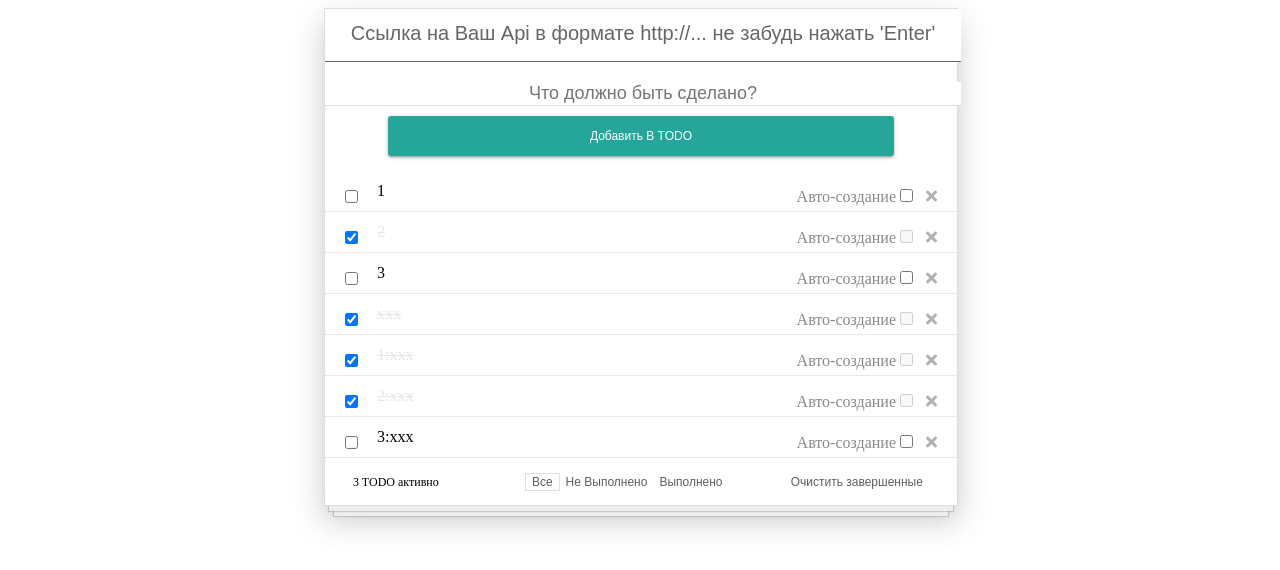
Repository: AntonBrock/taskTodo_for-backend
Page: /
These files come from the project's save history. The page is drawn as it stood at one moment and after the next save; the edit follows.
The browser window is 1280 px wide. The pictures show the whole page.
The page's requests for data from a server got no answer. Some web libraries are served in a nearby version. The project was rebuilt for these pictures with package versions that can differ from the ones it lists, and the page was loaded fresh each time. No one was signed in, and anything a server would have sent is missing.

Above is the page before, as saved 2019-04-24 09:04:50.

### public/index.html
<!DOCTYPE html>
<html lang="en">
  <head>
    <meta charset="utf-8">
    <meta http-equiv="X-UA-Compatible" content="IE=edge">
    <meta name="viewport" content="width=device-width,initial-scale=1.0">
    <link rel="stylesheet" href="https://use.fontawesome.com/releases/v5.8.1/css/all.css" integrity="sha384-50oBUHEmvpQ+1lW4y57PTFmhCaXp0ML5d60M1M7uH2+nqUivzIebhndOJK28anvf" crossorigin="anonymous">
    <link rel="icon" href="<%= BASE_URL %>favicon.ico">
    <title>todolist-vue</title>
  </head>
  <body>
    <noscript>
      <strong>We're sorry but todolist-vue doesn't work properly without JavaScript enabled. Please enable it to continue.</strong>
    </noscript>
    <div id="app"></div>
    <!-- built files will be auto injected -->
  </body>
</html>

### src/main.js
import Vue from 'vue'
import store from './store/index'
import Vuex from 'vuex'
import App from './App.vue'

Vue.config.productionTip = false

Vue.use(Vuex)

new Vue({
  store,
  render: h => h(App),
}).$mount('#app')

### src/store/index.js
import Vue from 'vue'
import Vuex from 'vuex'
import urlForm from '../views/todolist/_store'

Vue.use(Vuex)

export default new Vuex.Store({
    modules: {
        urlForm
    }
})

### src/App.vue
<template lang="pug">
  #app
    Todolist
</template>

<script>
import Todolist from './views/todolist/Index.vue'

export default {
  name: 'app',
  components: {
    Todolist
  }
}
</script>

<style lang="stylus">
</style>

### src/views/todolist/_store/index.js
import state from "./state";
import * as getters from "./getters";
import * as mutations from "./mutations";
import * as actions from "./actions";

export default {
  namespaced: true,
  state,
  getters,
  mutations,
  actions
};

### src/views/todolist/Index.vue
<template lang="pug">
  .main-container(v-cloak)
    ApiForm
    div
      input.todo-input(type='text', placeholder='Что должно быть сделано?', v-model='firstTodo',  @keyup.enter='newTodo')
      button.btn(v-on:click='addNewTodo') Добавить В TODO

      Todo(v-for='(todo, index) in todosFiltered', :key='todo.id', :todo="todo" :index='index')

      .extra-container
        .extra-container_numInList {{ remaining }} TODO активно
        div
          button(v-bind:class="{ active: filter == 'all' }", v-on:click=" filter = 'all'") Все
          button(v-bind:class="{ active: filter == 'active' }", v-on:click=" filter = 'active'") Не Выполнено
          button(v-bind:class="{ active: filter == 'completed' }", v-on:click=" filter = 'completed'") Выполнено
        button(@click='filterTodoList') Очистить завершенные
</template>

<script>
import ApiForm from "./_components/ApiForm.vue"
import Todo from "./_components/Todo.vue"
import { mapActions, mapGetters } from "vuex"
import todoApi from "./_api/todoApi.js"

export default {
  data () {
    return {
      firstTodo: '',
      beforeEditCache: '',
      filter: 'all',
      error: false
    }
  },
  mounted(){
    // Отправка при включении TODO + сразу отправка всех активных TODO
    todoApi.getTodos('all')
    .then(response => {
      this.todos = response.data
      console.log(response);
    })
    .catch(error => {
      console.log(error);
    })
  },
  computed: {
    ...mapGetters({
      getTodos: 'urlForm/getTodos'
    }),
    remaining() {
      return this.getTodos.filter(todo => !todo.completed).length
    },
    todosFiltered() {
      if (this.filter == 'all') {
        // Отправка при выборе фильтра "Все" (Активные)
        todoApi.getTodos('all')
        .then(done => {
          console.log(done)
        })
        .catch( error => {
          console.log(error)
        })
        console.log(this.getTodos);
          return this.getTodos
      } else if (this.filter == 'active') {
        console.log(this.getTodos);
          return this.getTodos.filter(todo => !todo.completed)
      } else if (this.filter == 'completed') {
        todoApi.getTodos('completed')
        .then(done => {
          console.log(done)
        })
        .catch( error => {
          console.log(error)
        })
        console.log(this.getTodos);
          return this.getTodos.filter(todo => todo.completed)
      }
    }
  },
  methods: {
    ...mapActions({
      filterTodoList: 'urlForm/filterTodoList'
    }),
    addNewTodo() {
      let data = {
        id: this.idForTodo,
        title: this.firstTodo,
        completed: false,
      }
      if(this.firstTodo.trim().length == 0) {
        return
      }
      // отправка при добавлении нового TODO
      todoApi.postTodo(data)
      .then(() => {
        console.log('ok');
        this.getTodos.push(data)
      })
      .catch(error => {
        alert('нет сервера');
         this.getTodos.push(data)
      })

      this.firstTodo = ''
      this.idForTodo++
    },
    newTodo() {
        let data = {
        id: this.idForTodo,
        title: this.firstTodo,
        completed: false,
      }
      if(this.firstTodo.trim().length == 0) {
        return
      }
      // отправка при добавлении нового TODO
      todoApi.postTodo(data)
      .then(() => {
        console.log('ok');
        this.getTodos.push(data)
      })
      .catch(error => {
        console.log('Сервер не ответил')
        this.getTodos.push(data)
      })

      this.firstTodo = ''
      this.idForTodo++
    }
  },
  components: {
    ApiForm,
    Todo
  }
}
</script>

<style lang="stylus">
  [v-cloak]
    display none

  .main-container
    border 1px solid #DDDDDD
    width 50%
    margin-left 25%
    box-shadow 0 10px 0 -5px #eee,
               0 10px 1px -4px rgba(0,0,0,0.15),
               0 20px 0 -10px rgb(238, 238, 238),
               0 20px 1px -9px rgba(0,0,0,0.15),
               0 14px 28px rgba(75, 75, 75, 0.30)

  .extra-container
    display flex
    align-items center
    justify-content space-around
    font-size 12px
    padding-top 5px
    margin-bottom 14px

  .extra-container_numInList
    margin-right 30px
    font-size 12px

  button
    font-size 12px
    background-color white
    appearance none
    border none
    outline none
    color rgb(95, 95, 95)
    &:hover
      background rgba(211, 211, 211, 0.363)
    &:focus
      outline none

  .active
    background #fff
    border 1px solid #E1E1E1

  .remove-item
    margin-right 20px

  .remove
    margin-left: 10px
    opacity .3
    transition all 0.2s ease-in-out !important
    &:hover
      opacity .9
      color#E11010
      transition all 0.2s ease-in-out !important

  .auto_created
    font-size 1rem
    color rgba(102, 102, 102, 0.767)

  .btn
    border-radius 3px
    margin-bottom 25px
    width 80%
    margin-left 10%
    height 40px
    color #fff
    background-color #26a69a
    text-align center
    letter-spacing .5px
      -webkit-transition background-color .2s ease-out
    transition background-color .2s ease-out
    cursor pointer
    box-shadow 0 2px 2px 0 rgba(0,0,0,.14),
               0 3px 1px -2px rgba(0,0,0,.12),
               0 1px 5px 0 rgba(0,0,0,.2)
    &:hover
      background-color #46b6abe3!important
</style>

### src/views/todolist/_store/state.js
export default {
    url: '',
    todos: [
    {
      'id': 1,
      'title': 1,
      'completed': false,
      'editing': false,
      'check': false,
    },
    {
      'id': 2,
      'title': 2,
      'completed': true,
      'editing': false,
      'check': false,
    },
    {
      'id': 3,
      'title': 3,
      'completed': false,
      'editing': false,
      'check': false,
    },
    {
      'id': 4,
      'title': 'xxx',
      'completed': true,
      'editing': false,
      'check': false,
    },
    {
      'id': 5,
      'title': '1:xxx',
      'completed': true,
      'editing': false,
      'check': false,
    },
    {
      'id': 6,
      'title': '2:xxx',
      'completed': true,
      'editing': false,
      'check': false,
    },
    {
      'id': 7,
      'title': '3:xxx',
      'completed': false,
      'editing': false,
      'check': false,
    },
  ]
}

### src/views/todolist/_store/getters.js
export const getUrl= state => state.url;
export const getTodos = state => state.todos;

### src/views/todolist/_store/mutations.js
export const UPDATE_URL = state => state.url;
export const UPDATE_TODOS = state => state.todos;
export const CHANGE_TODOS = state => state.todos;

### src/views/todolist/_store/actions.js
export function updateUrl ({ commit, state }, payload) {
    state.url = payload
    commit("UPDATE_URL");
}

export function updateTodo ({ commit }, payload) {
    payload.completed = !payload.completed
    commit("UPDATE_TODOS");
}

export function updateTodoList ({ commit, state }, payload) {
    state.todos = payload
    commit("UPDATE_TODOS");
}

export function filterTodoList ({ commit, state }) {
    state.todos = state.todos.filter(todo => !todo.completed)
    commit("UPDATE_TODOS");
}

### src/views/todolist/_components/ApiForm.vue
<template lang="pug">
  .form(v-cloak='')
    input.inputForUrl(v-model='url',
                      type='text',
                      @blur='updateTodos(url)',
                      placeholder="Ссылка на Ваш Api в формате http://... не забудь нажать 'Enter'")
</template>

<script>
import { mapActions, mapGetters } from "vuex";
import todoApi from "../_api/todoApi.js";

export default {
  data() {
    return {
      url: "",
      filter: 'all'
    }
  },
  computed: {
    ...mapGetters({
      getUrl: "urlForm/getUrl"
    })
  },
  methods: {
    ...mapActions({
      updateUrl: "urlForm/updateUrl",
      updateTodoList: "urlForm/updateTodoList"
    }),
    updateTodos(url) {
       //получение всех todo при обновлении url ссылки
      this.updateUrl(url);
      todoApi.getTodos(this.filter)
      .then(response => {
        this.updateTodoList(response.data)
          console.log(response);
      })
      .catch(error => {
          console.log(error)
      });
    }
  }
};
</script>

<style lang="stylus">
.inputForUrl
  border-bottom 1px solid #666!important
  margin-bottom 20px
  text-align center
  border none
  width 100%
  height 50px
  &::placeholder
    color #666
    font-size 20px
</style>

### src/views/todolist/_components/Todo.vue
<template lang="pug">
  .todo-item
    .todo-item-left
      input.todoInput(type='checkbox', @click='completeTodo(todo)', :checked='todo.completed')
      .todo-item-label(v-if='!todo.editing', v-bind:class='{ completed : todo.completed }') {{ todo.title }}
    .remove-item
      label.auto_created Авто-создание
      input(type='checkbox', :disabled="todo.completed", @click='checkIt(todo)')
      i.fas.fa-times.remove(@click='removeItem(index)')
</template>

<script>
import todoApi from "../_api/todoApi.js"
import { mapActions, mapGetters } from "vuex"
import { setInterval, clearInterval } from 'timers';

export default {
  data() {
    return {
      simple: ''
    }
  },
  props: [
    'todo',
    'index'
  ],
   computed: {
    ...mapGetters({
      getTodos: 'urlForm/getTodos'
    }),
  },
  methods: {
    ...mapActions({
      updateTodo: 'urlForm/updateTodo',

    }),
    completeTodo(todo) {
      // Отправка при выборе фильтра "Выполнено"
      todoApi.editTodo(todo.id)
      .then(() => {
        console.log('Удачно')
      })
      .catch(() => {
        console.log('Ошибка при завершении записи')
      })
      this.updateTodo(todo)
    },
    checkIt(todo) {
      todo.check = !todo.check

      if(todo.check) {
        this.simple = setInterval(this.setTime, 5000) //каждые 5 сек. запрос, при активной галочке "Авто-создание"
      } else if (!todo.check) {
        clearInterval(this.simple)
      }
    },
    setTime(){
      todoApi.editTodo(this.todo.id)
      .then(() => {
          console.log('Удачно')
      })
      .catch(() => {
          console.log('Ошибка обновления записи');
      })
    },
    removeItem(index) {
      // отправка удаленного id - todo
      todoApi.deleteTodo(index)
      .then(() => {
        console.log('Удачно');
      })
      .catch( error => {
        console.log(error)
      })
      this.getTodos.splice(index, 1)
    }
  }
}
</script>

<style lang="stylus">
  .todo-input
    width 100%
    border none
    margin-bottom 10px
    border-bottom 1px solid rgba(102, 102, 102, 0.192)
    font-size 18px
    transition 0.2s ease-in-out !important
    text-align center
    &:placeholder
      color rgba(145, 145, 145, 0.795)
      opacity 1
    &:focus
      outline none
    &:focus-webkit-input-placeholder
      opacity 0
      transition 0.2s ease-in-out !important
      will-change transform, opacity
    &:-webkit-input-placeholder
      transition 0.2s ease-in-out !important
      will-change transform, opacity
    &:-moz-placeholder
      transition all 0.2s ease-in-out !important
      will-change opacity
      /* Firefox 19+ */
    &:-moz-placeholder
      transition all 0.2s ease-in-out !important
      will-change transform, opacity
      /* Firefox 18- */
    &:-ms-input-placeholder
      transition all 0.2s ease-in-out !important
      will-change transform, opacity

  .todo-item
    width 100%
    margin-bottom 10px
    display flex
    justify-content space-between
    align-items center
    border-bottom 1px solid rgba(226, 226, 226, 0.767)

  .todoInput
    margin-left 20px

  .todo-item-label
    margin-bottom 10px

  .todo-item-left
    display flex
    align-items center

  .todo-item-label
    padding 0px
    border 1px solid white
    margin-left 15px

  .todo-item-edit
    width 50%
    border 1px solid rgba(102, 102, 102, 0.192)
    font-size 18px
    padding 10px 18px
    margin-bottom 20px
    transition 0.2s ease-in-out !important
    &:focus
      outline none
    &:focus-webkit-input-placeholder
      opacity 0
      transition 0.2s ease-in-out !important
      will-change transform, opacity
    &:-webkit-input-placeholder
      transition 0.2s ease-in-out !important
      will-change transform, opacity
    &:-moz-placeholder
      transition all 0.2s ease-in-out !important
      will-change transform, opacity
      /* Firefox 19+ */
    &:-moz-placeholder
      transition all 0.2s ease-in-out !important
      will-change transform, opacity
      /* Firefox 18- */
    &:-ms-input-placeholder
      transition all 0.2s ease-in-out !important
      will-change transform, opacity

  .completed
    text-decoration line-through
    color #E1E1E1
    opacity .8
</style>

### src/views/todolist/_api/todoApi.js
// import Api from '@/api/Api'
import axios from 'axios'
import state from '../_store/state'

const todoApi = {
  getTodos (filter) {
    return axios.get(`${state.url}/todos`, {
      // возвращает отфильтрованный или неотфильтрованный список
      type: filter
    })
  },
  postTodo (data) {
    return axios.post(`${state.url}/todos`, {
      data
    })
  },
  editTodo (id) {
    return axios.patch(`${state.url}/todos/${id}`)
  },
  deleteTodo (id) {
    return axios.delete(`${state.url}/todos/${id}`)
  }
}
export default todoApi

After the next save:
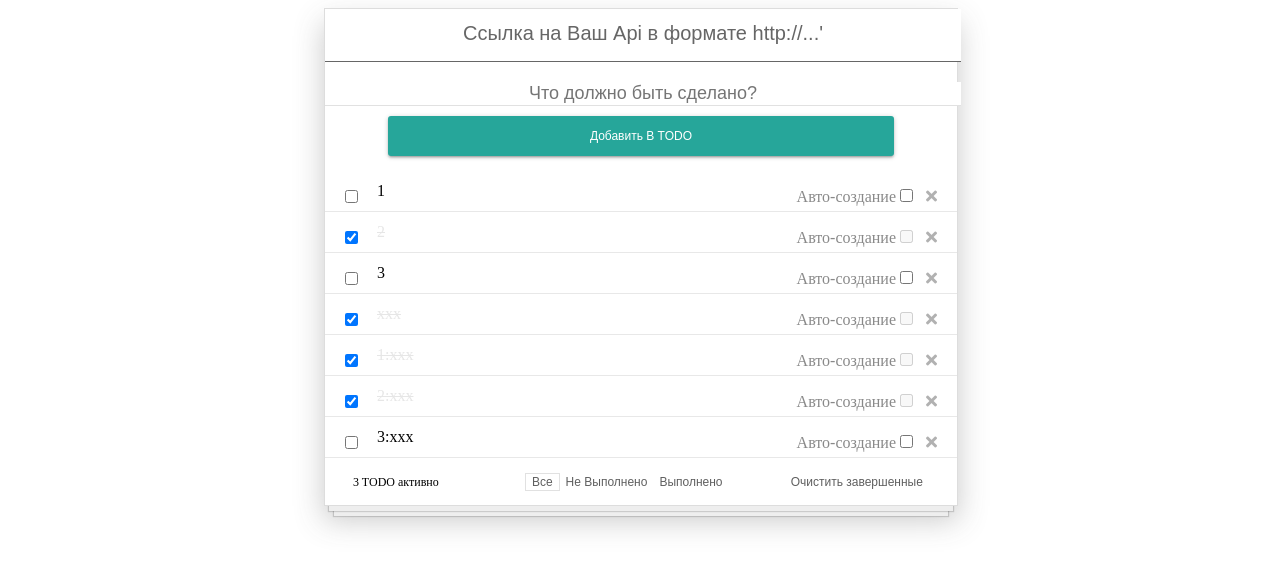
Saved 3 min 18 s later.
--- a/src/views/todolist/_components/ApiForm.vue
+++ b/src/views/todolist/_components/ApiForm.vue
@@ -3,7 +3,7 @@
     input.inputForUrl(v-model='url',
                       type='text',
                       @blur='updateTodos(url)',
-                      placeholder="Ссылка на Ваш Api в формате http://... не забудь нажать 'Enter'")
+                      placeholder="Ссылка на Ваш Api в формате http://...'")
 </template>
 
 <script>
